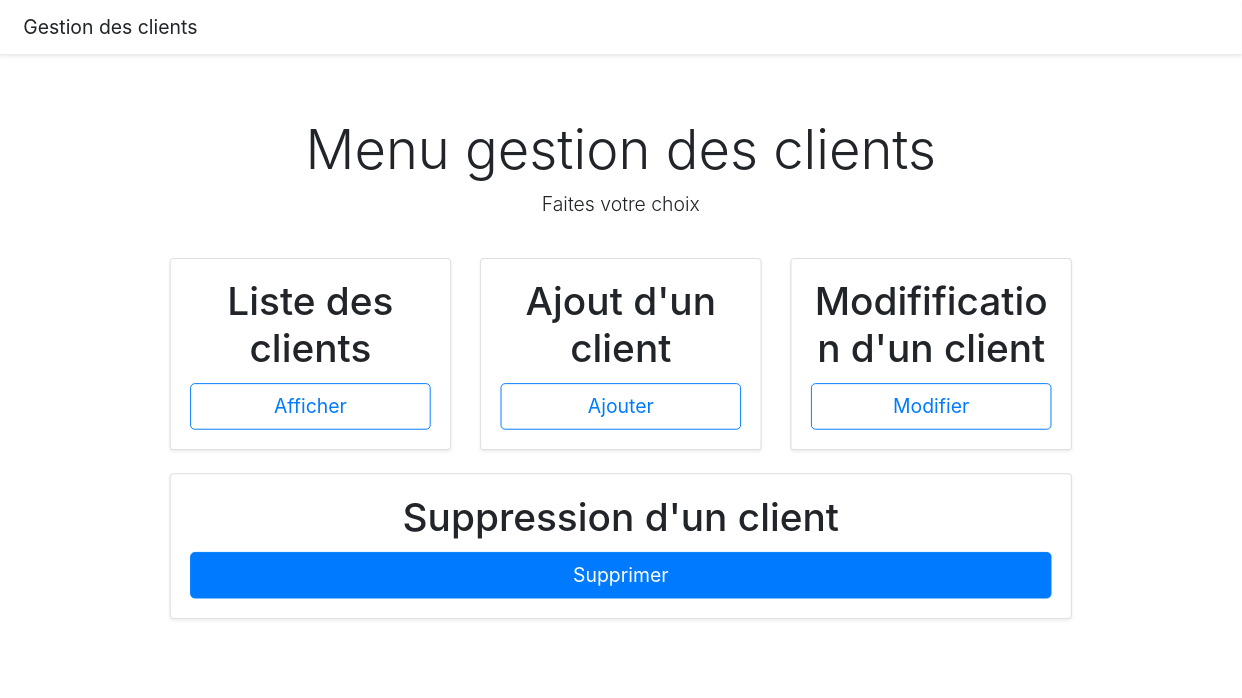
Repository: liiiseee/Projet
Page: http://localhost/02_projet_gestion_clients_compte/menu-client.jsp
The author's editor kept a copy of each file at every save. The page is drawn from the files as they stood at one save, then again after the next save.
The browser window is 1280 px wide. The pictures show the whole page, at 97% of full size.
The page is served by Tomcat 9. Other server files are loaded and not shown. The template is opened directly, without the code that normally fills it, so the values that code supplies are empty.

Above is the page before, as saved 2020-03-28 16:01:15.

### 02_projet_gestion_clients_compte/WebContent/menu-client.jsp
<%@ page language="java" contentType="text/html; charset=ISO-8859-1"
    pageEncoding="ISO-8859-1"%>
    <%@ taglib uri="http://java.sun.com/jsp/jstl/core" prefix="c"%>

<!doctype html>
<html lang="en">
  <head>
    <meta charset="utf-8">
    <meta name="viewport" content="width=device-width, initial-scale=1, shrink-to-fit=no">
    <meta name="description" content="">
<meta name="author"
	content="Mark Otto, Jacob Thornton, and Bootstrap contributors">
<meta name="generator" content="Jekyll v3.8.6">
    <title>menu principal</title>



    <!-- Bootstrap core CSS -->
<link href="assets/styles/bootstrap.min.css" rel="stylesheet" >




    <!-- Custom styles for this template -->
    <link href="assets/styles/styleMenu.css" rel="stylesheet">
  </head>
  <body>
    <div class="d-flex flex-column flex-md-row align-items-center p-3 px-md-4 mb-3 bg-white border-bottom shadow-sm" >
  <h5 class="my-0 mr-md-auto font-weight-normal">Gestion des clients</h5>

  <!-- on test la présence de l'attribut de session 'isLogged' dans la session -->
		<c:if test="${not empty isLogged}">
  <a class="btn btn-outline-primary" href="authentification-servlet?destroy=true">Se déconnecter</a>
  </c:if>
</div>

<div class="pricing-header px-3 py-3 pt-md-5 pb-md-4 mx-auto text-center">
  <h1 class="display-4">Menu gestion des clients</h1>
  <p class="lead">Faites votre choix</p>
</div>



<div class="container">
  <div class="card-deck mb-3 text-center">
  	<div class="card mb-4 shadow-sm">
  	<form class="form-signin" method="post" action="liste">
     <div class="card-body">
      	<h1 class="card-title pricing-card-title">Liste des clients</h1>
        <button type="submit" class="btn btn-lg btn-block btn-outline-primary" >Afficher </button>
      </div><!-- end card-body -->
      </form>
    </div><!-- end card mb-4 shadow-sm -->
    <div class="card mb-4 shadow-sm">
     <div class="card-body">
      	<h1 class="card-title pricing-card-title">Ajout d'un client</h1>
        <button type="submit" class="btn btn-lg btn-block btn-outline-primary" >Ajouter</button>
      </div><!-- end card-body -->
    </div><!-- end card mb-4 shadow-sm -->
    <div class="card mb-4 shadow-sm">
     <div class="card-body">
      	<h1 class="card-title pricing-card-title">Modifification d'un client</h1>
        <button type="submit" class="btn btn-lg btn-block btn-outline-primary" >Modifier</button>
      </div><!-- end card-body -->
      </div>
    <div class="card mb-4 shadow-sm">
      <div class="card-body">
      	<h1 class="card-title pricing-card-title">Suppression d'un client</h1>

        <button type="submit" class="btn btn-lg btn-block btn-primary">Supprimer</button>
      </div>
    </div>


  </div>
  </div>



</body>
</html>

### 02_projet_gestion_clients_compte/WebContent/assets/styles/styleMenu.css
@charset "ISO-8859-1";

html {
  font-size: 14px;
}
@media (min-width: 768px) {
  html {
    font-size: 16px;
  }
}

.container {
  max-width: 960px;
}

.pricing-header {
  max-width: 700px;
}

.card-deck .card {
  min-width: 220px;
}

Loaded but not shown: 02_projet_gestion_clients_compte/WebContent/assets/styles/bootstrap.min.css (library)

After the next save:
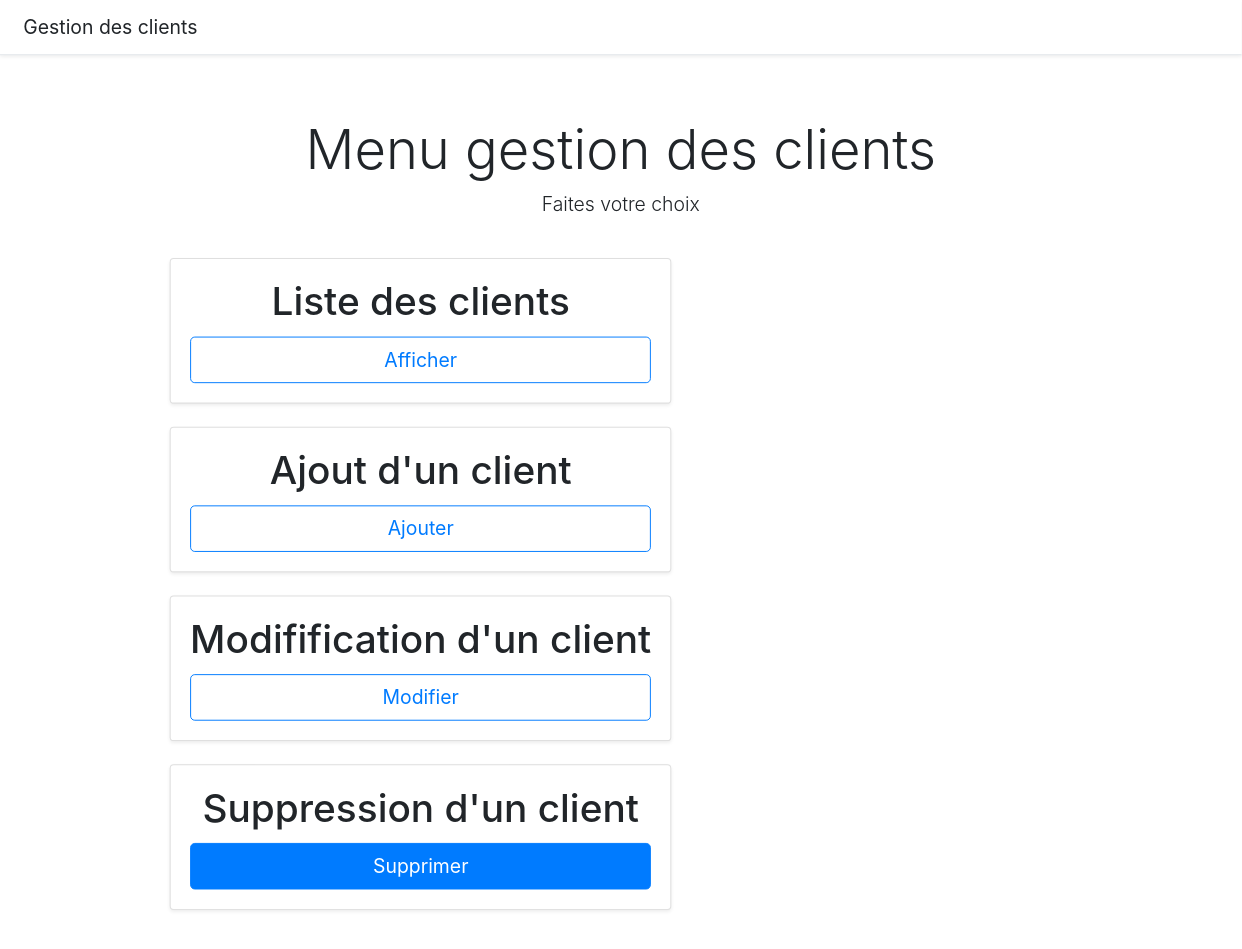
Saved 4 min 17 s later.
--- a/02_projet_gestion_clients_compte/WebContent/menu-client.jsp
+++ b/02_projet_gestion_clients_compte/WebContent/menu-client.jsp
@@ -43,13 +43,14 @@
 
 <div class="container">
   <div class="card-deck mb-3 text-center">
+  <form class="form-signin" method="post" action="gestion-client-servlet">
   	<div class="card mb-4 shadow-sm">
-  	<form class="form-signin" method="post" action="liste">
      <div class="card-body">
       	<h1 class="card-title pricing-card-title">Liste des clients</h1>
+      	 <input type="hidden" name="action" value="liste"/>
         <button type="submit" class="btn btn-lg btn-block btn-outline-primary" >Afficher </button>
       </div><!-- end card-body -->
-      </form>
+
     </div><!-- end card mb-4 shadow-sm -->
     <div class="card mb-4 shadow-sm">
      <div class="card-body">
@@ -71,7 +72,7 @@
       </div>
     </div>
 
-
+    </form>
   </div>
   </div>
 

After the save that followed:
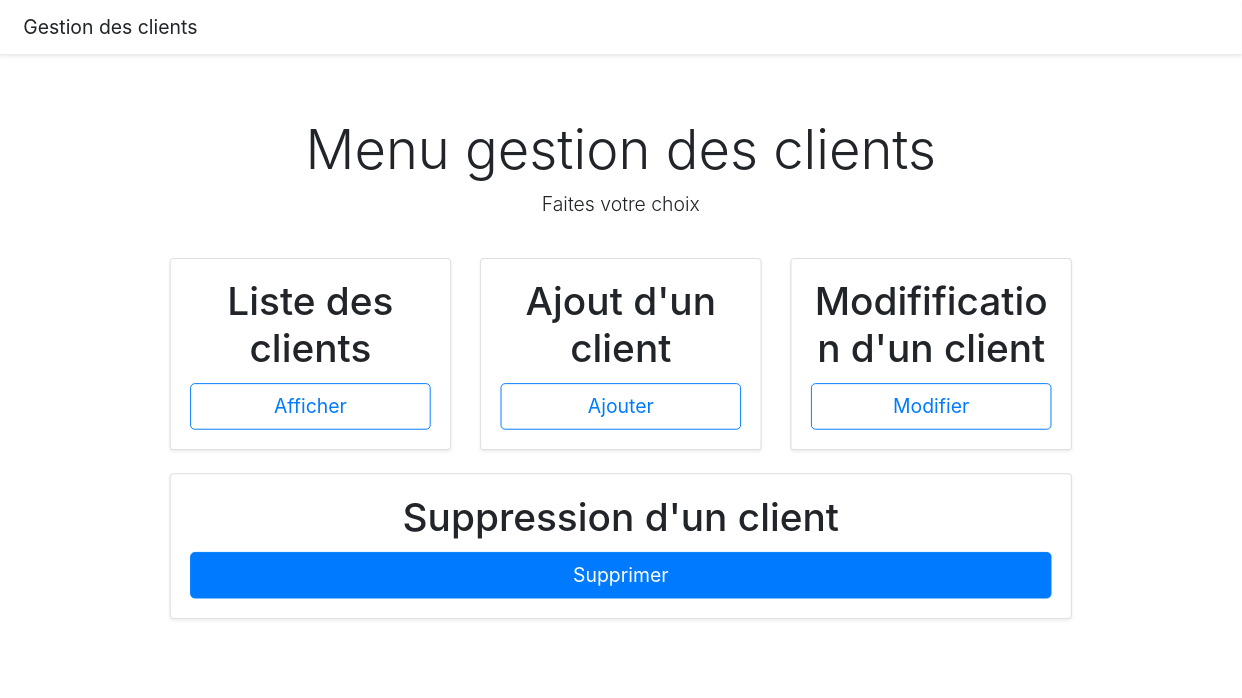
Saved 77 s later.
--- a/02_projet_gestion_clients_compte/WebContent/menu-client.jsp
+++ b/02_projet_gestion_clients_compte/WebContent/menu-client.jsp
@@ -40,10 +40,10 @@
 </div>
 
 
-
+<form class="form-signin" method="post" action="gestion-client-servlet">
 <div class="container">
   <div class="card-deck mb-3 text-center">
-  <form class="form-signin" method="post" action="gestion-client-servlet">
+
   	<div class="card mb-4 shadow-sm">
      <div class="card-body">
       	<h1 class="card-title pricing-card-title">Liste des clients</h1>
@@ -72,11 +72,11 @@
       </div>
     </div>
 
-    </form>
+
   </div>
   </div>
 
-
+ </form>
 
 </body>
 </html>
